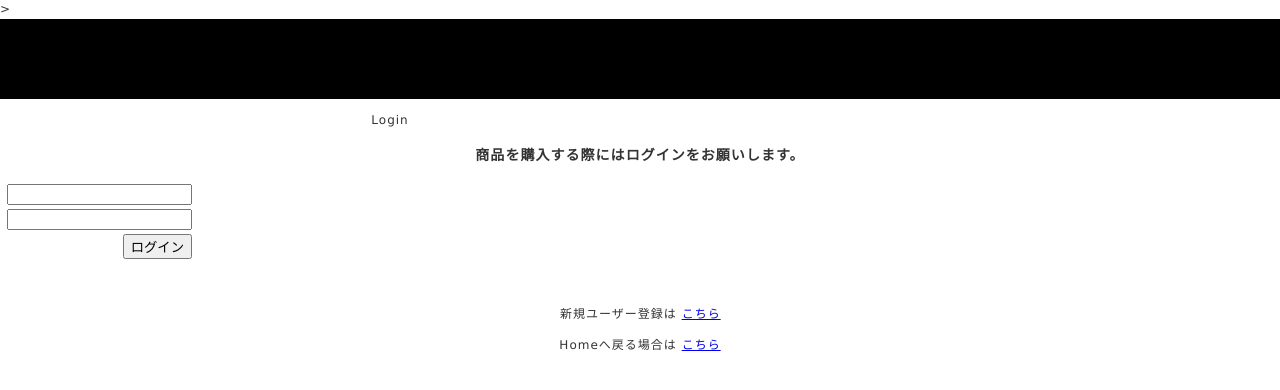
Repository: kazuki000/test
Page: http://localhost/ecsite2/login.jsp
An editor plug-in stored every save of this project. The page is shown before and after the next save, followed by the edit.
The browser window is 1280 px wide. The pictures show the whole page.
The page is served by Tomcat 9. Other server files are loaded and not shown.

Above is the page before, as saved 2019-04-28 08:44:08.

### ecsite2/WebContent/login.jsp
<%@ page language="java" contentType="text/html; charset=UTF-8"
    pageEncoding="UTF-8"%>
<%@ taglib prefix="s" uri="/struts-tags"%>>
<!DOCTYPE html PUBLIC "-//W3C//DTD HTML 4.01 Transitional//EN" "http://www.w3.org/TR/html4/loose.dtd">
<html>
<head>
<meta http-equiv="Content-Type" content="text/html; charset=utf-8" />
<meta http-equiv="Content-Style-Type" content="text/css" />
<meta http-equiv="Content-Script-Type" content="text/javascript" />
<meta http-equiv="imagetoolbar" content="no" />
<meta name="description" content="" />
<meta name="keywords" content="" />
<title>Login画面</title>
<style type="text/css">

body {
margin:0;
　padding:0;
line-height:1.6;
letter-spacing:1px;
font-family:Verdana, Helvetica, sans-serif;
font-size:12px;
color:#333;
background:#fff;
}t
able {
　text-align:center;
　margin:0 auto;
}

#top {
width:780px;
　margin:30px auto;
　border:1px solid #333;
}
#header {
width: 100%;
height: 80px;
background-color: black;
}
#main {
width: 100%;
height: 500px;
text-align: center;
}
#footer {
　width: 100%;
　height: 80px;
　background-color: black;
　clear:both;
}
#text-link {
display: inline-block;
text-align: right;
}
</style>

</head>
<body>
      <div id="header">
             <div id="pr">
             </div>
      </div>
      <div id="main">
             <div id="top">
                    <p>Login</p>
             </div>
             <div>
                   <h3>商品を購入する際にはログインをお願いします。</h3>
                   <s:form action="LoginAction">
                           <s:textfield name="loginUserId"/>
                           <s:password value="loginPassword"/>
                           <s:submit value="ログイン"/>
                   </s:form>
                   <br>
                   <div id="text-link">
                          <p>新規ユーザー登録は
                          <a href='<s:url action="UserCreateAction"/>'>こちら</a></p>
                          <p>Homeへ戻る場合は
                          <a href='<a url action="GoHomeAction"/>'>こちら</a></p>
                   </div>
            </div>
    </div>
    <div id="footer">
           <div id="pr">
           </div>
    </div>



</body>
</html>

After the next save:
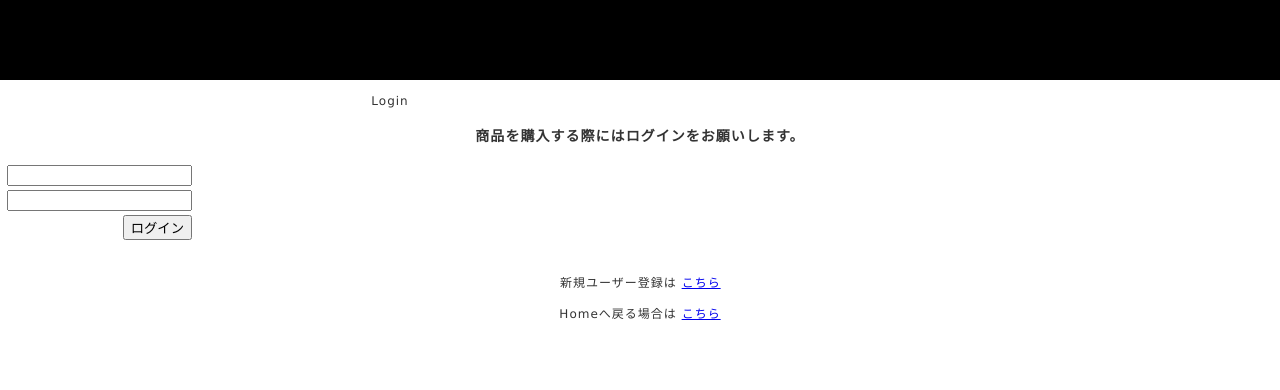
Saved 53 s later.
--- a/ecsite2/WebContent/login.jsp
+++ b/ecsite2/WebContent/login.jsp
@@ -1,6 +1,6 @@
 <%@ page language="java" contentType="text/html; charset=UTF-8"
     pageEncoding="UTF-8"%>
-<%@ taglib prefix="s" uri="/struts-tags"%>>
+<%@ taglib prefix="s" uri="/struts-tags"%>
 <!DOCTYPE html PUBLIC "-//W3C//DTD HTML 4.01 Transitional//EN" "http://www.w3.org/TR/html4/loose.dtd">
 <html>
 <head>
